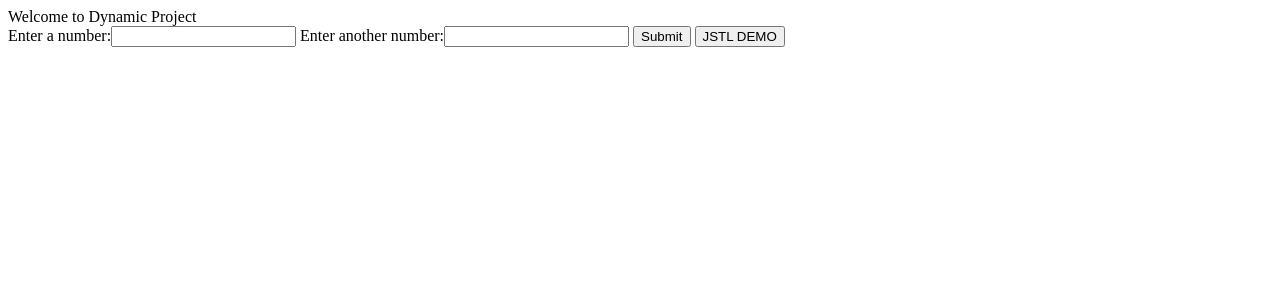
Repository: sagnik938/JSP-JSTL-and-Hibernate
Page: demo/src/main/webapp/index.html
The author's editor kept a copy of each file at every save. The page is drawn from the files as they stood at one save, then again after the next save.
The browser window is 1280 px wide. The pictures show the whole page.

Above is the page before, as saved 2023-02-08 09:42:42.

### demo/src/main/webapp/index.html
<!DOCTYPE html>
<html>
<head>
<meta charset="ISO-8859-1">
<title>Demo Dynamic</title>
</head>
<body>
Welcome to Dynamic Project
<form action="first.jsp">
Enter a number:<input name="num1" type = "text"/>
Enter another number:<input name="num2" type = "text"/>
<input type = "submit">
<button onclick = "jstldemo.jsp">JSTL DEMO</button>
</form>
</body>
</html>

After the next save:
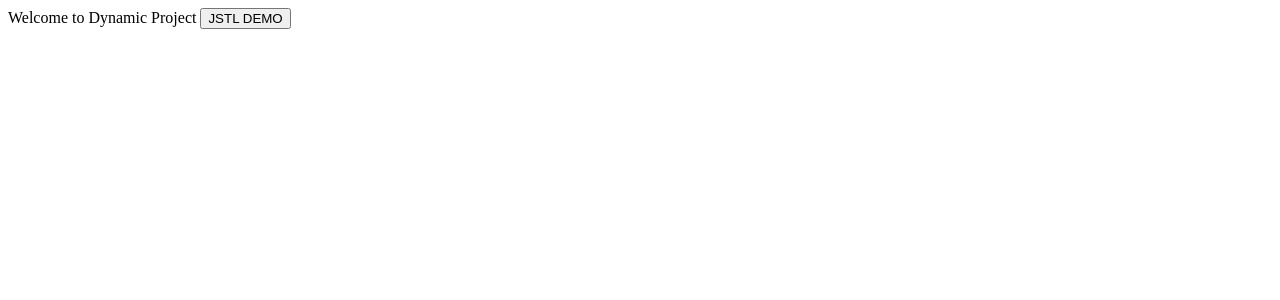
Saved 111 s later.
--- a/demo/src/main/webapp/index.html
+++ b/demo/src/main/webapp/index.html
@@ -6,11 +6,11 @@
 </head>
 <body>
 Welcome to Dynamic Project
-<form action="first.jsp">
+<!--form action="first.jsp">
 Enter a number:<input name="num1" type = "text"/>
 Enter another number:<input name="num2" type = "text"/>
 <input type = "submit">
+</form-->
 <button onclick = "jstldemo.jsp">JSTL DEMO</button>
-</form>
 </body>
 </html>
